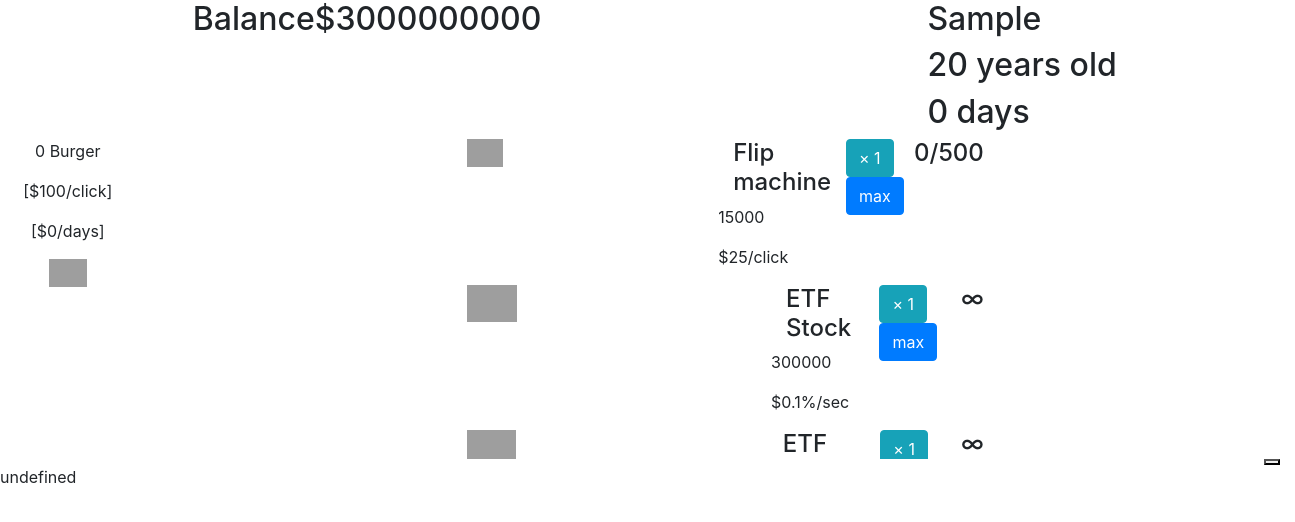
Repository: yu-yaba/Clicker-empire-game
Page: index.html
The author's editor kept a copy of each file at every save. The page is drawn from the files as they stood at one save, then again after a run of saves.
The browser window is 1280 px wide. The page is 1295 px wide, so the pictures cover 1295 px, including what lies to the right of the window. The pictures show the whole page.
Empty fields were first filled with sample values (such as "Sample", 5 or name@example.com).
After loading, the first visible `button.btn` was clicked once.
Pictures or frames that could not be fetched are drawn as grey boxes.

Above is the page before, as saved 2023-01-22 10:13:24.

After the next 2 saves:
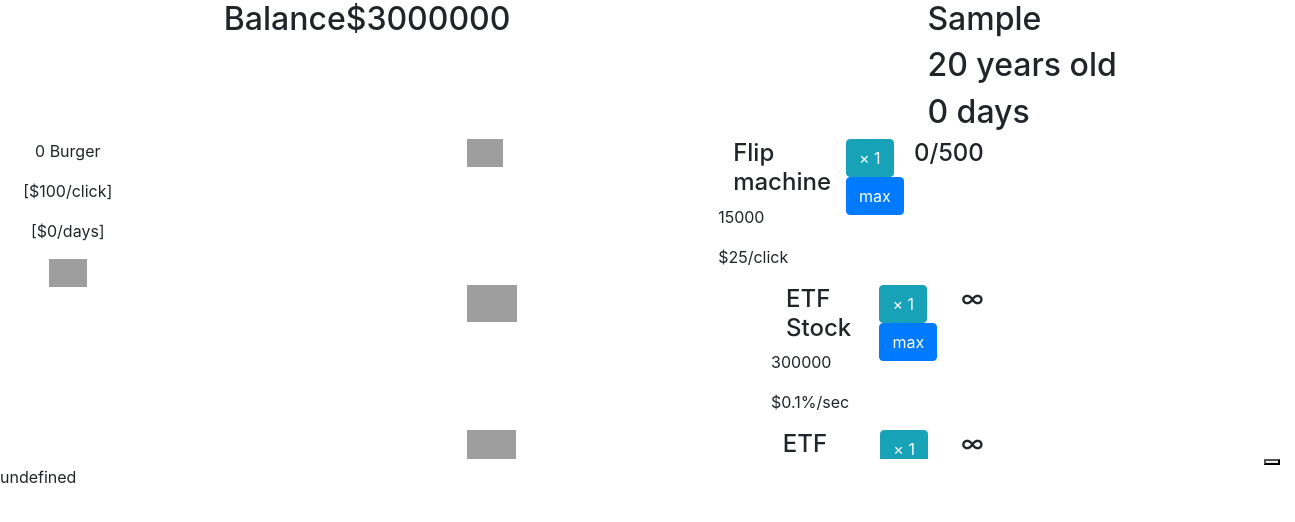
The 2 saves are shown as one change because they came seconds apart.
The last was saved 3 min 30 s later.
--- a/text.js
+++ b/text.js
@@ -105,7 +105,7 @@ const itemList = [
 function registerAccount () {
     let userData;
     if (config.userName.value == "yuya") userData = new UserAccount(yuya, 20, 0, 10000000, 100000, 1000, itemList, 0);
-    else userData = new UserAccount (config.userName.value, 20, 0, 3000000000, 100, 0, itemList, 0);
+    else userData = new UserAccount (config.userName.value, 20, 0, 3000000, 100, 0, itemList, 0);
 
     displayNone(config.initialForm);
     displayBlock(config.mainPage);
